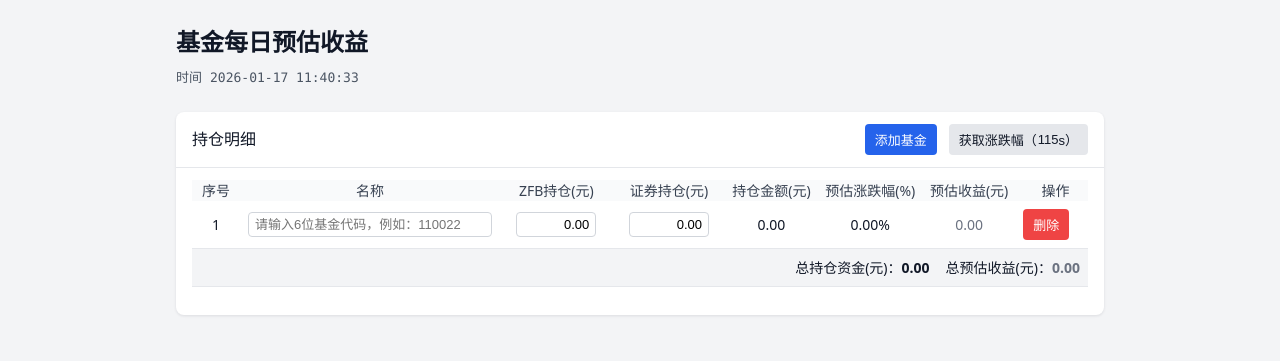
Repository: zt-boom/finance
Page: index.html
These files come from the project's save history. The page is drawn as it stood at one moment and after the next save; the edit follows.
The browser window is 1280 px wide. The pictures show the whole page.

Above is the page before, as saved 2026-01-17 14:53:27.

### index.html
<!DOCTYPE html>
<html lang="zh-CN">
<head>
<meta charset="UTF-8">
<title>基金每日预估收益</title>
<meta name="viewport" content="width=device-width,initial-scale=1">
<link rel="stylesheet" href="./style.css">
</head>
<body>
<div class="app">
<header class="app-header">
<h1>基金每日预估收益</h1>
<div class="date-row">
<span>时间</span>
<span id="current-date"></span>
</div>
</header>
<main class="app-main">
<section class="card">
<div class="card-header">
<h2>持仓明细</h2>
<div class="card-header-actions">
<button id="add-fund-btn" class="primary-button">添加基金</button>
<button id="fetch-percent-btn" class="secondary-button">
获取涨跌幅（<span id="auto-refresh-countdown">120</span>s）
</button>
</div>
</div>
<div class="card-body">
<div class="table-wrapper">
<table class="fund-table">
<thead>
<tr>
<th class="index-col">序号</th>
<th>名称</th>
<th>ZFB持仓(元)</th>
<th>证券持仓(元)</th>
<th>持仓金额(元)</th>
<th>预估涨跌幅(%)</th>
<th>预估收益(元)</th>
<th>操作</th>
</tr>
</thead>
<tbody id="fund-table-body"></tbody>
<tfoot>
<tr class="summary-row">
<td colspan="8">
<div class="summary-items">
<div class="summary-left">
<span>总持仓资金(元)：<strong id="total-amount">0.00</strong></span>
<span>总预估收益(元)：<strong id="total-profit">0.00</strong></span>
</div>
</div>
</td>
</tr>
</tfoot>
</table>
</div>
</div>
</section>
</main>
</div>
<script src="./main.js"></script>
</body>
</html>

### style.css
* {
box-sizing: border-box;
margin: 0;
padding: 0;
}

body {
font-family: system-ui, -apple-system, BlinkMacSystemFont, "Segoe UI", sans-serif;
background-color: #f3f4f6;
color: #111827;
line-height: 1.5;
}

.app {
max-width: 960px;
margin: 0 auto;
padding: 24px 16px 40px;
}

.app-header {
display: flex;
flex-direction: column;
gap: 8px;
margin-bottom: 24px;
}

.app-header h1 {
font-size: 24px;
font-weight: 600;
color: #111827;
}

.date-row {
display: flex;
gap: 8px;
align-items: center;
font-size: 13px;
color: #4b5563;
}

.date-row span:last-child {
font-family: ui-monospace, SFMono-Regular, Menlo, Monaco, Consolas, "Liberation Mono", "Courier New", monospace;
font-variant-numeric: tabular-nums;
}

.app-main {
display: flex;
flex-direction: column;
gap: 16px;
}

.card {
background-color: #ffffff;
border-radius: 8px;
box-shadow: 0 1px 3px rgba(15, 23, 42, 0.1);
overflow: hidden;
}

.card-header {
display: flex;
justify-content: space-between;
align-items: center;
padding: 12px 16px;
border-bottom: 1px solid #e5e7eb;
}

.card-header h2 {
font-size: 16px;
font-weight: 500;
}

.card-header-actions {
display: flex;
align-items: center;
gap: 12px;
}

.card-body {
padding: 12px 16px 16px;
}

.table-wrapper {
overflow-x: auto;
margin-bottom: 12px;
}

.fund-table {
width: 100%;
border-collapse: collapse;
font-size: 14px;
}

.fund-table td {
border-bottom: 1px solid #e5e7eb;
padding: 8px;
text-align: left;
}

.fund-table th.index-col,
.fund-table td[data-role="row-index"] {
width: 48px;
text-align: center;
}

.fund-table td:nth-child(3),
.fund-table td:nth-child(4),
.fund-table td:nth-child(5),
.fund-table td:nth-child(6),
.fund-table td:nth-child(7) {
text-align: center;
white-space: nowrap;
}

.fund-table thead {
background-color: #f9fafb;
}

.fund-table th {
font-weight: 500;
color: #374151;
text-align: center;
}

.fund-table tbody tr:nth-child(even) {
background-color: #f9fafb;
}

.fund-table input {
width: 100%;
padding: 4px 6px;
font-size: 13px;
border-radius: 4px;
border: 1px solid #d1d5db;
outline: none;
text-align: right;
}

.fund-table input.narrow-number-input {
width: 80px;
margin: 0 auto;
}

.fund-table td:nth-child(2) input {
text-align: left;
}

.fund-table th:nth-child(2),
.fund-table td:nth-child(2) {
width: 260px;
}

.fund-table th:nth-child(8),
.fund-table td:nth-child(8) {
padding-left: 8px;
}

.fund-table input[type="number"]::-webkit-outer-spin-button,
.fund-table input[type="number"]::-webkit-inner-spin-button {
-webkit-appearance: none;
margin: 0;
}

.fund-table input[type="number"] {
-moz-appearance: textfield;
}

.fund-table input:focus {
border-color: #2563eb;
box-shadow: 0 0 0 1px rgba(37, 99, 235, 0.2);
}

.value-positive {
color: #ef4444;
}

.value-negative {
color: #10b981;
}

.value-zero {
color: #6b7280;
}

.summary-row td {
font-weight: 600;
color: #111827;
background-color: #f3f4f6;
}

.summary-items {
display: flex;
flex-wrap: wrap;
gap: 4px 16px;
justify-content: flex-end;
align-items: center;
}

#auto-refresh-countdown {
display: inline-block;
width: 3ch;
text-align: right;
}

.summary-items span {
font-weight: 500;
white-space: nowrap;
}

.summary-left {
display: flex;
flex-wrap: wrap;
gap: 4px 16px;
align-items: center;
}

.primary-button,
.secondary-button,
.danger-button {
border-radius: 4px;
border: none;
cursor: pointer;
font-size: 13px;
padding: 6px 10px;
display: inline-flex;
align-items: center;
justify-content: center;
}

.primary-button {
background-color: #2563eb;
color: #ffffff;
}

.primary-button:hover {
background-color: #1d4ed8;
}

.secondary-button {
background-color: #e5e7eb;
color: #111827;
}

.secondary-button:hover {
background-color: #d1d5db;
}

.danger-button {
background-color: #ef4444;
color: #ffffff;
}

.danger-button:hover {
background-color: #dc2626;
}

.actions-row {
display: none;
}

.instructions {
font-size: 13px;
color: #4b5563;
}

.instructions ol {
padding-left: 18px;
display: flex;
flex-direction: column;
gap: 4px;
}

@media (max-width: 640px) {
.app {
padding-inline: 12px;
}
.card-header {
flex-direction: column;
gap: 8px;
align-items: flex-start;
}
}

### main.js
const STORAGE_KEY = "fund_holdings_v1";

function formatCurrency(value) {
if (Number.isNaN(value)) return "0.00";
return value.toFixed(2);
}

function formatNumber(value) {
if (Number.isNaN(value)) return "";
return value.toFixed(2);
}

function getTodayDateString() {
const now = new Date();
const year = String(now.getFullYear());
const month = String(now.getMonth() + 1).padStart(2, "0");
const day = String(now.getDate()).padStart(2, "0");
const hours = String(now.getHours()).padStart(2, "0");
const minutes = String(now.getMinutes()).padStart(2, "0");
const seconds = String(now.getSeconds()).padStart(2, "0");
return `${year}-${month}-${day} ${hours}:${minutes}:${seconds}`;
}

const fundJsonpRequests = [];

function ensureJsonpHandler() {
if (window._fundJsonpInitialized) {
return;
}
window._fundJsonpInitialized = true;
window.jsonpgz = function (data) {
if (!data || !data.fundcode) {
return;
}
const code = data.fundcode;
while (true) {
let index = -1;
for (let i = 0; i < fundJsonpRequests.length; i += 1) {
if (fundJsonpRequests[i].code === code) {
index = i;
break;
}
}
if (index === -1) {
break;
}
const request = fundJsonpRequests.splice(index, 1)[0];
try {
const value = request.transform ? request.transform(data) : data;
request.resolve(value);
} catch (e) {
if (request.reject) {
if (e instanceof Error) {
request.reject(e);
} else {
request.reject(new Error("解析基金数据失败"));
}
}
}
}
};
}

function fetchFundEstimate(code) {
return new Promise((resolve, reject) => {
if (!code) {
reject(new Error("缺少基金代码"));
return;
}
ensureJsonpHandler();
fundJsonpRequests.push({
code,
resolve,
reject,
transform: data => {
const percent = parseFloat(data.gszzl);
if (Number.isNaN(percent)) {
throw new Error("无效的涨跌幅数据");
}
return percent;
}
});
const script = document.createElement("script");
script.src = `https://fundgz.1234567.com.cn/js/${code}.js?rt=${Date.now()}`;
script.onerror = () => {
for (let i = 0; i < fundJsonpRequests.length; i += 1) {
if (fundJsonpRequests[i].code === code) {
const request = fundJsonpRequests.splice(i, 1)[0];
request.reject(new Error("获取基金数据失败"));
break;
}
}
};
document.body.appendChild(script);
});
}

function fetchFundInfo(code) {
return new Promise((resolve, reject) => {
if (!code) {
reject(new Error("缺少基金代码"));
return;
}
ensureJsonpHandler();
fundJsonpRequests.push({
code,
resolve,
reject,
transform: data => data
});
const script = document.createElement("script");
script.src = `https://fundgz.1234567.com.cn/js/${code}.js?rt=${Date.now()}`;
script.onerror = () => {
for (let i = 0; i < fundJsonpRequests.length; i += 1) {
if (fundJsonpRequests[i].code === code) {
const request = fundJsonpRequests.splice(i, 1)[0];
request.reject(new Error("获取基金数据失败"));
break;
}
}
};
document.body.appendChild(script);
});
}

function parseFundCodeFromName(name) {
if (!name) return null;
const match = name.match(/(\d{6})/);
if (!match) {
return null;
}
return match[1];
}

function loadHoldingsFromStorage() {
try {
const raw = window.localStorage.getItem(STORAGE_KEY);
if (!raw) return [];
const parsed = JSON.parse(raw);
if (!Array.isArray(parsed)) return [];
return parsed;
} catch (e) {
return [];
}
}

function saveHoldingsToStorage(holdings) {
try {
const serialized = JSON.stringify(holdings);
window.localStorage.setItem(STORAGE_KEY, serialized);
} catch (e) {
}
}

function createTableRow(fund) {
const tr = document.createElement("tr");
const indexTd = document.createElement("td");
const nameTd = document.createElement("td");
const zfbAmountTd = document.createElement("td");
const stockAmountTd = document.createElement("td");
const amountTd = document.createElement("td");
const percentTd = document.createElement("td");
const profitTd = document.createElement("td");
const actionsTd = document.createElement("td");
const nameInput = document.createElement("input");
nameInput.type = "text";
nameInput.value = fund.name || "";
nameInput.placeholder = "请输入6位基金代码，例如：110022";
nameInput.addEventListener("change", handleStorageUpdate);
nameInput.addEventListener("keydown", event => {
if (event.key === "Enter") {
event.preventDefault();
const raw = nameInput.value.trim();
const code = parseFundCodeFromName(raw);
if (!code) {
window.alert("请先输入6位基金代码");
return;
}
const rows = document.querySelectorAll('tr[data-role="fund-row"]');
let duplicate = false;
rows.forEach(row => {
const inputs = row.querySelectorAll("input");
const otherNameInput = inputs[0];
if (!otherNameInput || otherNameInput === nameInput) {
return;
}
const otherCode = parseFundCodeFromName(otherNameInput.value.trim());
if (otherCode && otherCode === code) {
duplicate = true;
}
});
if (duplicate) {
window.alert("该基金代码已存在，请不要重复添加");
return;
}
nameInput.disabled = true;
fetchFundInfo(code).then(data => {
nameInput.disabled = false;
if (!data || !data.name) {
window.alert("未能获取基金名称，请检查基金代码");
return;
}
nameInput.value = `${code}  ${data.name}`;
handleStorageUpdate();
}).catch(() => {
nameInput.disabled = false;
window.alert("未能获取基金名称，请检查基金代码或网络连接");
});
}
});
const zfbInput = document.createElement("input");
zfbInput.type = "number";
zfbInput.step = "0.01";
zfbInput.min = "0";
zfbInput.value = fund.zfbAmount != null ? formatCurrency(Number(fund.zfbAmount)) : "0.00";
zfbInput.addEventListener("blur", () => {
const value = parseFloat(zfbInput.value);
const normalized = Number.isNaN(value) ? 0 : value;
zfbInput.value = formatCurrency(normalized);
});
zfbInput.addEventListener("input", () => {
calculateProfit();
});
zfbInput.addEventListener("change", () => {
handleStorageUpdate();
calculateProfit();
});
zfbInput.className = "narrow-number-input";
const stockInput = document.createElement("input");
stockInput.type = "number";
stockInput.step = "0.01";
stockInput.min = "0";
stockInput.value = fund.stockAmount != null ? formatCurrency(Number(fund.stockAmount)) : "0.00";
stockInput.addEventListener("blur", () => {
const value = parseFloat(stockInput.value);
const normalized = Number.isNaN(value) ? 0 : value;
stockInput.value = formatCurrency(normalized);
});
stockInput.addEventListener("input", () => {
calculateProfit();
});
stockInput.addEventListener("change", () => {
handleStorageUpdate();
calculateProfit();
});
stockInput.className = "narrow-number-input";
const amountSpan = document.createElement("span");
amountSpan.dataset.role = "amount-display";
amountSpan.textContent = "0.00";
const percentSpan = document.createElement("span");
percentSpan.textContent = "0.00%";
const profitSpan = document.createElement("span");
profitSpan.textContent = "0.00";
const deleteButton = document.createElement("button");
deleteButton.textContent = "删除";
deleteButton.className = "danger-button";
deleteButton.addEventListener("click", () => {
const inputs = tr.querySelectorAll("input");
const nameValue = inputs[0] ? inputs[0].value.trim() : "";
const zfbValue = inputs[1] ? inputs[1].value.trim() : "";
const stockValue = inputs[2] ? inputs[2].value.trim() : "";
const isEmptyRow = !nameValue && !zfbValue && !stockValue;
if (!isEmptyRow) {
const confirmed = window.confirm("确定要删除这条持仓记录吗？");
if (!confirmed) {
return;
}
}
tr.remove();
handleStorageUpdate();
calculateProfit();
updateRowIndices();
});
indexTd.dataset.role = "row-index";
percentTd.dataset.role = "percent-cell";
profitTd.dataset.role = "profit-cell";
nameTd.appendChild(nameInput);
zfbAmountTd.appendChild(zfbInput);
stockAmountTd.appendChild(stockInput);
amountTd.appendChild(amountSpan);
percentTd.appendChild(percentSpan);
profitTd.appendChild(profitSpan);
actionsTd.appendChild(deleteButton);
tr.appendChild(indexTd);
tr.appendChild(nameTd);
tr.appendChild(zfbAmountTd);
tr.appendChild(stockAmountTd);
tr.appendChild(amountTd);
tr.appendChild(percentTd);
tr.appendChild(profitTd);
tr.appendChild(actionsTd);
tr.dataset.role = "fund-row";
return tr;
}

function readHoldingsFromTable() {
const rows = document.querySelectorAll('tr[data-role="fund-row"]');
const holdings = [];
rows.forEach(row => {
const inputs = row.querySelectorAll("input");
const nameInput = inputs[0];
const zfbInput = inputs[1];
const stockInput = inputs[2];
const name = nameInput.value.trim();
const zfbAmount = parseFloat(zfbInput.value);
const stockAmount = parseFloat(stockInput.value);
const hasZfb = !Number.isNaN(zfbAmount) && zfbAmount > 0;
const hasStock = !Number.isNaN(stockAmount) && stockAmount > 0;
if (!name && !hasZfb && !hasStock) {
return;
}
holdings.push({
name,
zfbAmount: hasZfb ? zfbAmount : 0,
stockAmount: hasStock ? stockAmount : 0
});
});
return holdings;
}

function handleStorageUpdate() {
const holdings = readHoldingsFromTable();
saveHoldingsToStorage(holdings);
}

function populateTableFromStorage() {
const tbody = document.getElementById("fund-table-body");
tbody.innerHTML = "";
const holdings = loadHoldingsFromStorage();
if (holdings.length === 0) {
const row = createTableRow({ name: "", zfbAmount: null, stockAmount: null });
tbody.appendChild(row);
updateRowIndices();
calculateProfit();
return;
}
holdings.forEach(fund => {
const row = createTableRow({
name: fund.name || "",
zfbAmount: fund.zfbAmount != null ? fund.zfbAmount : null,
stockAmount: fund.stockAmount != null ? fund.stockAmount : null
});
tbody.appendChild(row);
});
updateRowIndices();
calculateProfit();
}

function calculateProfit() {
const rows = document.querySelectorAll('tr[data-role="fund-row"]');
let totalProfit = 0;
let totalHoldingAmount = 0;
rows.forEach(row => {
const inputs = row.querySelectorAll("input");
const zfbInput = inputs[1];
const stockInput = inputs[2];
const amountSpan = row.querySelector('span[data-role="amount-display"]');
const percentCell = row.querySelector('td[data-role="percent-cell"] span');
const profitCell = row.querySelector('td[data-role="profit-cell"] span');
const zfbAmount = zfbInput ? parseFloat(zfbInput.value) : NaN;
const stockAmount = stockInput ? parseFloat(stockInput.value) : NaN;
const normalizedZfb = Number.isNaN(zfbAmount) ? 0 : zfbAmount;
const normalizedStock = Number.isNaN(stockAmount) ? 0 : stockAmount;
const amount = normalizedZfb + normalizedStock;
const percent = percentCell ? parseFloat(percentCell.textContent) : NaN;
if (amountSpan) {
amountSpan.textContent = formatCurrency(amount);
}
if (amount > 0) {
totalHoldingAmount += amount;
}
if (!profitCell) {
return;
}
if (amount <= 0 || Number.isNaN(percent)) {
profitCell.textContent = "0.00";
applyProfitColor(profitCell, 0);
return;
}
const profit = amount * percent / 100;
totalProfit += profit;
profitCell.textContent = formatCurrency(profit);
applyProfitColor(profitCell, profit);
});
const totalAmountElement = document.getElementById("total-amount");
if (totalAmountElement) {
totalAmountElement.textContent = formatCurrency(totalHoldingAmount);
}
const totalProfitElement = document.getElementById("total-profit");
totalProfitElement.textContent = formatCurrency(totalProfit);
applyProfitColor(totalProfitElement, totalProfit);
}

function autoFetchPercentages(options) {
const useButton = !options || options.useButton !== false;
const showAlert = !options || options.showAlert !== false;
const rows = document.querySelectorAll('tr[data-role="fund-row"]');
const promises = [];
rows.forEach(row => {
const inputs = row.querySelectorAll("input");
const nameInput = inputs[0];
const name = nameInput ? nameInput.value.trim() : "";
const code = parseFundCodeFromName(name);
if (!code) {
return;
}
const percentCell = row.querySelector('td[data-role="percent-cell"] span');
if (!percentCell) {
return;
}
const promise = fetchFundEstimate(code).then(percent => {
const value = formatNumber(percent);
percentCell.textContent = `${value}%`;
return true;
}).catch(() => false);
promises.push(promise);
});
if (promises.length === 0) {
if (showAlert) {
window.alert("请先在名称中输入包含6位基金代码的内容");
}
return;
}
const fetchButton = useButton ? document.getElementById("fetch-percent-btn") : null;
if (fetchButton) {
fetchButton.disabled = true;
}
Promise.all(promises).then(results => {
const successCount = results.filter(Boolean).length;
if (fetchButton) {
fetchButton.disabled = false;
}
if (successCount === 0) {
if (showAlert) {
window.alert("未能获取任何基金的预估涨跌幅，请检查基金代码或网络连接");
}
return;
}
calculateProfit();
});
}

function applyProfitColor(element, value) {
if (!element) {
return;
}
element.classList.remove("value-positive", "value-negative", "value-zero");
if (Number.isNaN(value)) {
return;
}
if (value > 0) {
element.classList.add("value-positive");
} else if (value < 0) {
element.classList.add("value-negative");
} else {
element.classList.add("value-zero");
}
}

function initApp() {
const dateElement = document.getElementById("current-date");
if (dateElement) {
dateElement.textContent = getTodayDateString();
}
populateTableFromStorage();
const addFundButton = document.getElementById("add-fund-btn");
const fetchPercentButton = document.getElementById("fetch-percent-btn");
const countdownElement = document.getElementById("auto-refresh-countdown");
const autoRefreshSeconds = 120;
let remainingSeconds = autoRefreshSeconds;
function updateCountdown() {
if (countdownElement) {
countdownElement.textContent = String(remainingSeconds);
}
}
function resetCountdown() {
remainingSeconds = autoRefreshSeconds;
updateCountdown();
}
updateCountdown();
if (addFundButton) {
addFundButton.addEventListener("click", () => {
const tbody = document.getElementById("fund-table-body");
const row = createTableRow({ name: "", amount: null });
tbody.appendChild(row);
updateRowIndices();
});
}
if (fetchPercentButton) {
fetchPercentButton.addEventListener("click", () => {
autoFetchPercentages({ useButton: true, showAlert: true });
resetCountdown();
});
}
if (dateElement) {
setInterval(() => {
dateElement.textContent = getTodayDateString();
}, 1000);
}
setInterval(() => {
remainingSeconds -= 1;
if (remainingSeconds <= 0) {
autoFetchPercentages({ useButton: false, showAlert: false });
remainingSeconds = autoRefreshSeconds;
}
updateCountdown();
}, 1000);
}

function updateRowIndices() {
const rows = document.querySelectorAll('tr[data-role="fund-row"]');
rows.forEach((row, index) => {
const indexCell = row.querySelector('td[data-role="row-index"]');
if (indexCell) {
indexCell.textContent = String(index + 1);
}
});
}

if (document.readyState === "loading") {
document.addEventListener("DOMContentLoaded", initApp);
} else {
initApp();
}

After the next save:
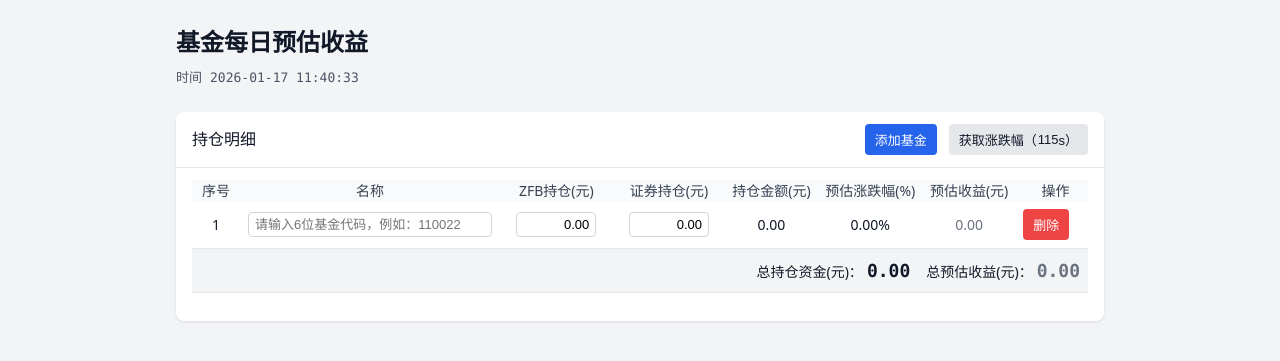
Saved 2 min 2 s later.
--- a/style.css
+++ b/style.css
@@ -213,6 +213,16 @@ gap: 4px 16px;
 align-items: center;
 }
 
+.summary-items span strong {
+font-size: 18px;
+margin-left: 4px;
+font-family: ui-monospace, SFMono-Regular, Menlo, Monaco, Consolas, "Liberation Mono", "Courier New", monospace;
+}
+
+#total-amount {
+color: #111827;
+}
+
 .primary-button,
 .secondary-button,
 .danger-button {
